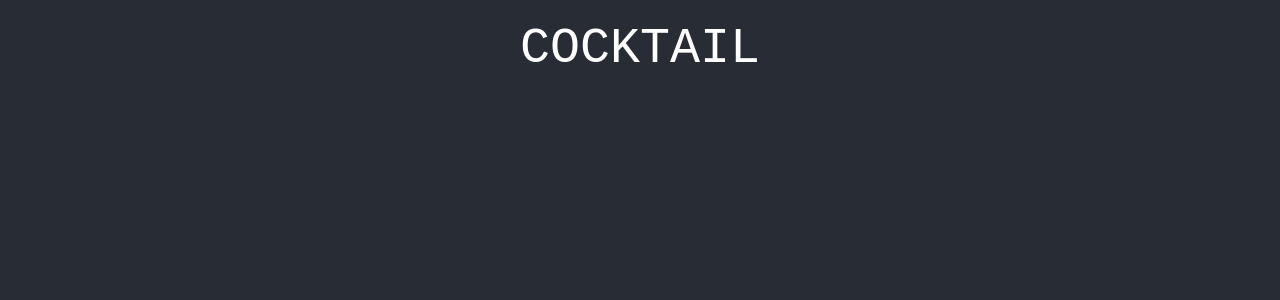
Repository: phunobi1807/coctails
Page: /
An editor plug-in stored every save of this project. The page is shown before and after the next save, followed by the edit.
The browser window is 1280 px wide. The pictures show the whole page.
The page's requests for data from a server got no answer. The project was rebuilt for these pictures with package versions that can differ from the ones it lists, and the page was loaded fresh each time. No one was signed in, and anything a server would have sent is missing.

Above is the page before, as saved 2021-09-25 13:22:13.

### src/App.js
import React from 'react';
import './App.scss';
import  ListCocktails from "./components/ListCocktails"

function App() {
  return (
    <div className="App">
        <header><span>C</span>OCKTAIL</header>
        <ListCocktails />
    </div>
  );
}

export default App;

### src/App.scss
* {
  background-color: #282c34;
  color: white;
  font-family: 'Courier New', Courier, monospace, sans-serif;
}
.App
{
  header
  {
    font-size: 50px;
    text-align: center;
    margin: 20px 0;
  }
}

### src/components/ListCocktails.js
import axios from "axios";
import React, { Component } from "react";
import "./ListCocktails.scss";
class componentName extends Component {
  state = {
    listCocktail: [],
    name: "",
    loading: false,
  };
  async componentDidMount() {
    let res = await axios.get(
      "https://www.thecocktaildb.com/api/json/v1/1/search.php?s=margarita"
    );
    console.log("check data:", res.data.drinks);
    this.setState({
      listCocktail: res.data && res.data.drinks ? res.data.drinks : [],
    });
  }
  render() {
    let { listCocktail, loading } = this.state;
    return (
      <>
        <div className="container">
          <div className="product-cocktail">
            {!loading ? (
              listCocktail.map((item, index) => {
                return (
                  <>
                    <div key={item.id}>
                      <img src={item.strDrinkThumb} alt="" />
                      <p><span>Name cocktail:</span></p>
                      <p><span>Use:</span> </p>
                    </div>
                  </>
                );
              })
            ) : (
              <div>Loading...</div>
            )}
          </div>
        </div>
      </>
    );
  }
}

export default componentName;

### src/components/ListCocktails.scss
.container
{
    display: flex;
    justify-content: space-between;
    flex-wrap: wrap;
    padding: 0 10px;

    .product-cocktail
    {
        overflow: hidden;
        img
        {
            width: 200px;
            height: 200px;
        }
        p{
            span{
                color: crimson;
            }
        }
    }

}

Loaded but not shown: public/index.html (common file); src/index.js (common file); src/index.css (common file); src/reportWebVitals.js (common file)

After the next save:
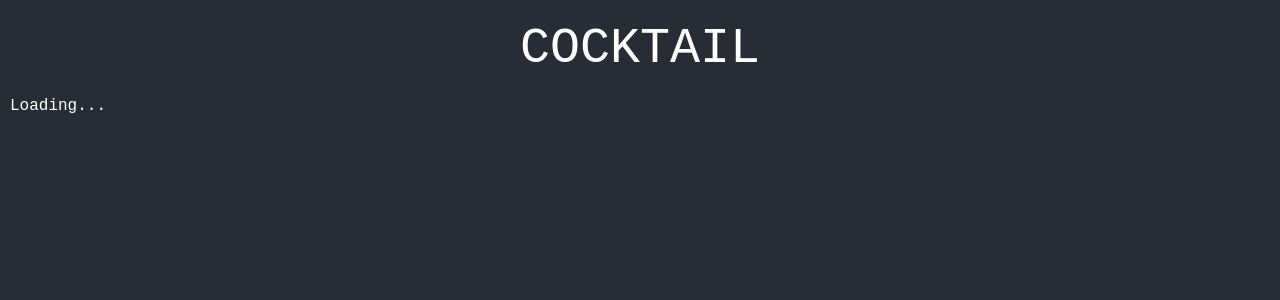
Saved 22 s later.
--- a/src/components/ListCocktails.js
+++ b/src/components/ListCocktails.js
@@ -5,7 +5,7 @@
   state = {
     listCocktail: [],
     name: "",
-    loading: false,
+    loading: true,
   };
   async componentDidMount() {
     let res = await axios.get(

After the save that followed:
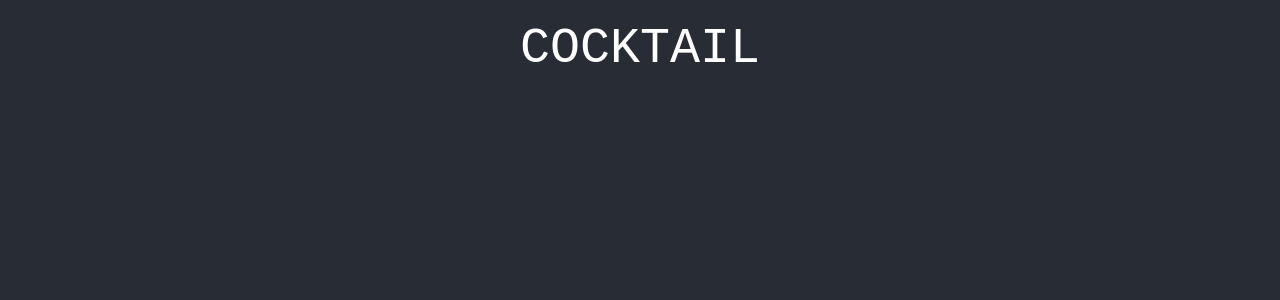
Saved 5 s later.
--- a/src/components/ListCocktails.js
+++ b/src/components/ListCocktails.js
@@ -5,7 +5,7 @@
   state = {
     listCocktail: [],
     name: "",
-    loading: true,
+    loading: false,
   };
   async componentDidMount() {
     let res = await axios.get(
